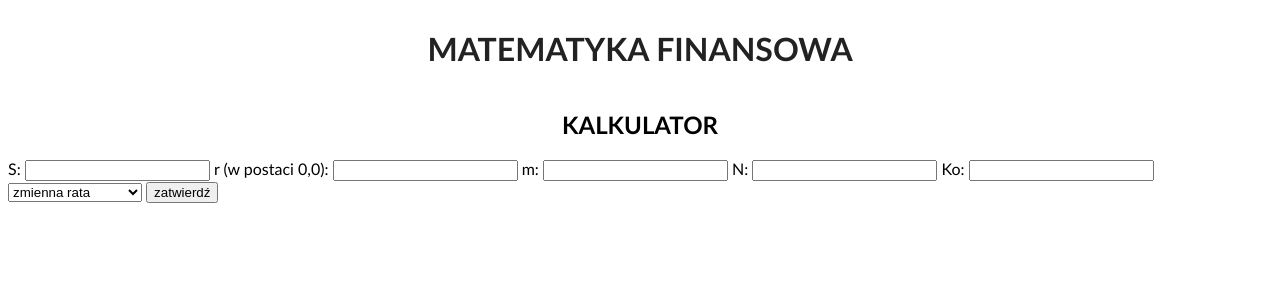
Repository: ravkita/MFCalc
Page: index.html
These files come from the project's save history. The page is drawn as it stood at one moment and after the next save; the edit follows.
The browser window is 1280 px wide. The pictures show the whole page.

Above is the page before, as saved 2021-04-12 18:29:29.

### index.html
<!DOCTYPE html>
<html lang="en">
<head>
    <meta charset="UTF-8">
    <meta http-equiv="X-UA-Compatible" content="IE=edge">
    <meta name="viewport" content="width=device-width, initial-scale=1.0">
    <title>Kalkulator</title>

    <style type="text/css">
        body{
            font-family: 'Gill Sans', 'Gill Sans MT', Calibri, 'Trebuchet MS', sans-serif;
        }
        .header{
            width: 100%;
            display: flex;
            flex-direction: column;
            justify-content: center;
            align-items: center;
        }
        .title{
            color: #222;
        }
        .subtitle{
            color #3b3b3b;
        }
    </style>
</head>
<body>
    <header class="header">
        <h1 class="title">MATEMATYKA FINANSOWA</h1>
    <h2 class="subtitle">KALKULATOR</h2>
    </header>
    <form action="" id="rata">
        <label for="S">S:</label> <input type="number" name="S" class="s">
        <label for="r">r (w postaci 0,0):</label> <input type="number" name="r" class="r">
        <label for="m">m:</label> <input type="number" name="m" class="m">
        <label for="N">N:</label> <input type="number" name="N" class="N">
        <label for="Ko">Ko:</label> <input type="number" name="Ko" class="Ko">
        <select name="type" id="typ">
            <option value="1">zmienna rata</option>
            <option value="2">zmienne płatności</option>
            <option value="3">narastanie kapitału</option>
        </select>
        <input type="button" name="confirm" id="confirm" value="zatwierdź">
    </form>
    <div class="result">

    </div>
    <script type="text/javascript">
        let s;
        let r;
        let m;
        let N;
        let q;
        let Ko;
        function rataStała(){
            const el = document.createElement("p");
            let t = s/(m*N);
            el.innerText = `T: ${t}`;
            document.querySelector('.result').appendChild(el);
        }
        function rataZmienna(){
            let tn = [];
                for(let i = 1; i<=N; i++){
                    const el = document.createElement("p");
                    tn[i-1] = s*((Math.pow(q, i) - Math.pow(q, i-1))/(Math.pow(q, m*N) - 1));
                    el.innerText = `T${i}: ${tn[i-1]}`;
                    document.querySelector('.result').appendChild(el);
                }
        }
        function kwotaPlatnosciStala(){
            const el = document.createElement("p");
            let a = s*Math.pow(q, m*N)*((q-1)/(Math.pow(q, m*N)-1));
            el.innerText = `A: ${a}`;
            document.querySelector('.result').appendChild(el);
        }
        function kwotaPlatnosciZmienna(){
            for(let i = 1; i<=N*m; i++){
                const el = document.createElement("p");
                let an = (s/(N*m))*[1+((N*m)-i+1)*(r/m)];
                el.innerText = `A${i}: ${an}`;
                document.querySelector('.result').appendChild(el);
            }
        }
        function narastanieKapitału(){
            for(let i = 1; i<=N; i++){
                const el = document.createElement("p");
                let Kn = Ko*(Math.pow((1+(r/m)), i*m));
                el.innerText = `K${i}: ${Kn}`;
                document.querySelector('.result').appendChild(el);
            }
        }
        function odsetkiPrzyStalejRacie(){
            for(let i = 1; i<=N*m; i++){
                const el = document.createElement("p");
                let On = s*[1-((i-1)/(N*m))]*(r/m);
                el.innerText = `O${i}: ${On}`;
                document.querySelector('.result').appendChild(el);
            }
        }
        function saldo(){
            for(let i = 1; i<=N*m; i++){
                const el = document.createElement("p");
                let Sn = s*[1-((i-1)/(N*m))]*(r/m);
                el.innerText = `S${i}: ${Sn}`;
                document.querySelector('.result').appendChild(el);
            }
        }
        function odsetkiPrzyStalejKwocie(){
            for(let i = 1; i<=N*m; i++){
                const el = document.createElement("p");
                let On = s*[1-((i-1)/(N*m))]*(r/m);
                el.innerText = `O${i}: ${On}`;
                document.querySelector('.result').appendChild(el);
            }
        }
        function getData(){
            document.getElementById('confirm').addEventListener('click', (e) =>{
                s = document.querySelector('.s').value;
                r = document.querySelector('.r').value;
                m = document.querySelector('.m').value;
                N = document.querySelector('.N').value;
                Ko = document.querySelector('.Ko').value;
                q = 1+(r/m);
                let type = document.querySelector('#typ').value;
                document.querySelector('.result').innerHTML="";

                switch (type){
                    case "1":
                    rataZmienna();
                    kwotaPlatnosciStala();
                    break;
                    case "2":
                    kwotaPlatnosciZmienna();
                    rataStała();
                    odsetkiPrzyStalejRacie();
                    break;
                    case "3":
                    narastanieKapitału();
                }
            });
        }
        getData();
    </script>
</body>
</html>

After the next save:
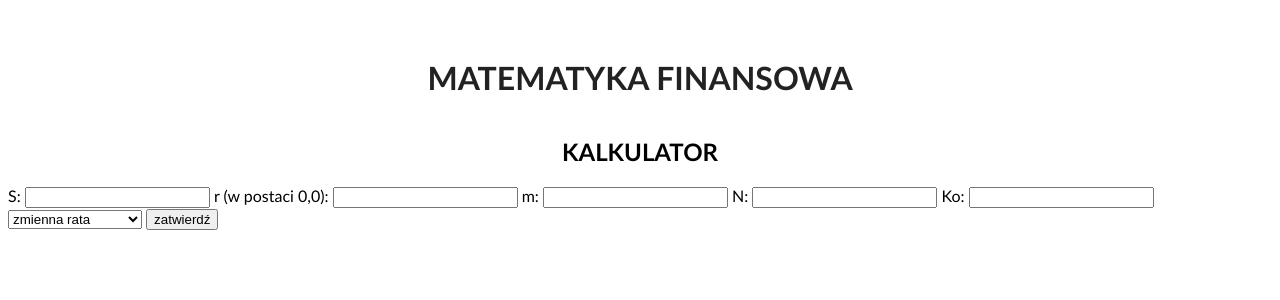
Saved 20 s later.
--- a/index.html
+++ b/index.html
@@ -19,6 +19,8 @@
         }
         .title{
             color: #222;
+            margin-top: 50px;
+            margin-bottom: 20px;
         }
         .subtitle{
             color #3b3b3b;
